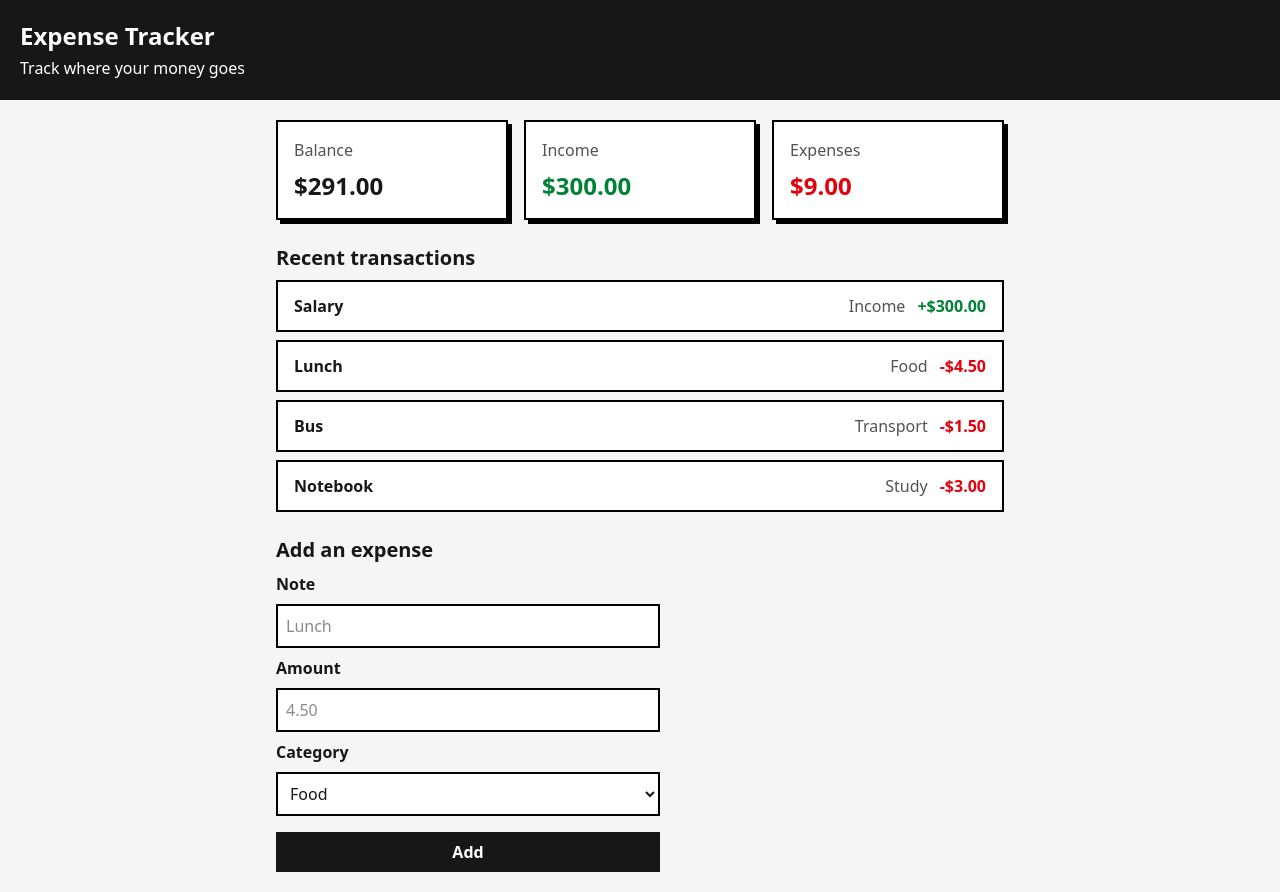
Repository: Keanbunheng/html-basics-Day1_AI
Page: expense-tracker-w2-d4-start/index.html
An editor plug-in stored every save of this project. The page is shown before and after the next save, followed by the edit.
The browser window is 1280 px wide. The pictures show the whole page.

Above is the page before, as saved 2026-11-17 21:06:08.

### expense-tracker-w2-d4-start/index.html
<!doctype html>
<html lang="en">
  <head>
    <meta charset="UTF-8" />
    <meta name="viewport" content="width=device-width, initial-scale=1.0" />
    <title>Expense Tracker</title>
    <script src="https://cdn.jsdelivr.net/npm/@tailwindcss/browser@4.1.18"></script>
  </head>
  <body class="bg-neutral-100 text-neutral-900">
    <header class="bg-neutral-900 p-5 text-white">
      <h1 class="mb-1 text-2xl font-bold">Expense Tracker</h1>
      <p>Track where your money goes</p>
    </header>

    <main class="mx-auto max-w-3xl p-5">
      <section class="mb-6 flex flex-col gap-4 sm:flex-row">
        <div
          class="flex-1 border-2 border-black bg-white p-4 shadow-[4px_4px_0_#000]"
        >
          <p class="mb-2 text-neutral-600">Balance</p>
          <p class="text-2xl font-bold">$291.00</p>
        </div>
        <div
          class="flex-1 border-2 border-black bg-white p-4 shadow-[4px_4px_0_#000]"
        >
          <p class="mb-2 text-neutral-600">Income</p>
          <p class="text-2xl font-bold text-green-700">$300.00</p>
        </div>
        <div
          class="flex-1 border-2 border-black bg-white p-4 shadow-[4px_4px_0_#000]"
        >
          <p class="mb-2 text-neutral-600">Expenses</p>
          <p class="text-2xl font-bold text-red-600">$9.00</p>
        </div>
      </section>

      <section class="mb-6">
        <h2 class="mb-2 text-xl font-bold">Recent transactions</h2>
        <ul id="list-container">
          <li
            class="mb-2 flex flex-col gap-1 border-2 border-black bg-white px-4 py-3 sm:flex-row sm:justify-between sm:gap-3"
          >
            <span class="flex-1 font-semibold">Salary</span>
            <span class="text-neutral-600">Income</span>
            <span class="font-bold text-green-700">+$300.00</span>
          </li>
          <li
            class="mb-2 flex flex-col gap-1 border-2 border-black bg-white px-4 py-3 sm:flex-row sm:justify-between sm:gap-3"
          >
            <span class="flex-1 font-semibold">Lunch</span>
            <span class="text-neutral-600">Food</span>
            <span class="font-bold text-red-600">-$4.50</span>
          </li>
          <li
            class="mb-2 flex flex-col gap-1 border-2 border-black bg-white px-4 py-3 sm:flex-row sm:justify-between sm:gap-3"
          >
            <span class="flex-1 font-semibold">Bus</span>
            <span class="text-neutral-600">Transport</span>
            <span class="font-bold text-red-600">-$1.50</span>
          </li>
          <li
            class="mb-2 flex flex-col gap-1 border-2 border-black bg-white px-4 py-3 sm:flex-row sm:justify-between sm:gap-3"
          >
            <span class="flex-1 font-semibold">Notebook</span>
            <span class="text-neutral-600">Study</span>
            <span class="font-bold text-red-600">-$3.00</span>
          </li>
        </ul>
      </section>

      <section>
        <h2 class="mb-2 text-xl font-bold">Add an expense</h2>
        <form class="flex max-w-sm flex-col gap-2" id="input">
          <label for="note" class="font-semibold">Note</label>
          <input
            id="note"
            type="text"
            placeholder="Lunch"
            class="border-2 border-black bg-white p-2"
          />

          <label for="amount" class="font-semibold">Amount</label>
          <input
            id="amount"
            type="number"
            step="0.01"
            placeholder="4.50"
            class="border-2 border-black bg-white p-2"
          />

          <label for="category" class="font-semibold">Category</label>
          <select id="category" class="border-2 border-black bg-white p-2">
            <option>Food</option>
            <option>Transport</option>
            <option>Study</option>
            <option>Other</option>
          </select>

          <button
            type="submit"
            class="mt-2 bg-neutral-900 p-2 font-semibold text-white"
            id="Button"
          >
            Add
          </button>
        </form>
      </section>
    </main>
    <script src="app.js"></script>
  </body>
</html>

### expense-tracker-w2-d4-start/app.js
const transactions = [
  {
    id: 1,
    note: 'Salary',
    category: 'Income',
    type: 'income',
    amountCents: 30000,
  },
  { id: 2, note: 'Lunch', category: 'Food', type: 'expense', amountCents: 450 },
  {
    id: 3,
    note: 'Bus',
    category: 'Transport',
    type: 'expense',
    amountCents: 150,
  },
  {
    id: 4,
    note: 'Notebook',
    category: 'Study',
    type: 'expense',
    amountCents: 300,
  },
];

function formatMoney(cents) {
  const sign = cents < 0 ? '-' : '';
  return sign + '$' + (Math.abs(cents) / 100).toFixed(2);
}

function totalCents(list) {
  return list.reduce((sum, tx) => sum + tx.amountCents, 0);
}

function filterByCategory(list, category) {
  return list.filter((tx) => tx.category === category);
}

function filterByType(list, type) {
  return list.filter((tx) => tx.type === type);
}

function summarize(list) {
  const incomeCents = totalCents(filterByType(list, 'income'));
  const expensesCents = totalCents(filterByType(list, 'expense'));
  return {
    incomeCents: incomeCents,
    expensesCents: expensesCents,
    balanceCents: incomeCents - expensesCents,
  };
}

function addTransaction(list, tx) {
  return [...list, tx];
}

// Practice 2 — the AI's totalExpenses, reviewed and fixed:
// whole cents, no off-by-one loop, no duplicated work.
function totalExpenses(list) {
  return totalCents(filterByType(list, 'expense'));
}

const notes = transactions.map((tx) => tx.note);

console.log(formatMoney(transactions[1].amountCents));

// ----- Checks -----
function check(name, actual, expected) {
  const ok = actual === expected;
  console.log(
    ok ? '✓' : '✗',
    name,
    ok ? '' : `(expected ${expected}, got ${actual})`,
  );
}

check('format 450', formatMoney(450), '$4.50');
check('total of all', totalCents(transactions), 30900);
check('Food count', filterByCategory(transactions, 'Food').length, 1);
check('expense count', filterByType(transactions, 'expense').length, 3);
check('balance', summarize(transactions).balanceCents, 29100);
check(
  'new length',
  addTransaction(transactions, {
    id: 5,
    note: 'Coffee',
    category: 'Food',
    type: 'expense',
    amountCents: 250,
  }).length,
  5,
);
check('notes', notes.join(','), 'Salary,Lunch,Bus,Notebook');
check('total expenses', totalExpenses(transactions), 900);

// Edge cases
check('total of empty list', totalCents([]), 0);
check('total expenses of empty list', totalExpenses([]), 0);
check('original list not changed', transactions.length, 4); // after addTransaction

const lists = document.querySelector('#list-container');
lists.html = transactions
  .map(
    (ele) => `
  <li class="mb-2 flex flex-col gap-1 border-2 border-black bg-white px-4 py-3 sm:flex-row sm:justify-between sm:gap-3">
    <span class="flex-1 font-semibold">${ele.note}</span>
    <span class="text-neutral-600">${ele.category}</span>
    <span class="font-bold text-red-600">${ele.amountCents}</span>
  </li>
`,
  )
  .join('');

console.log(lists);

After the next save:
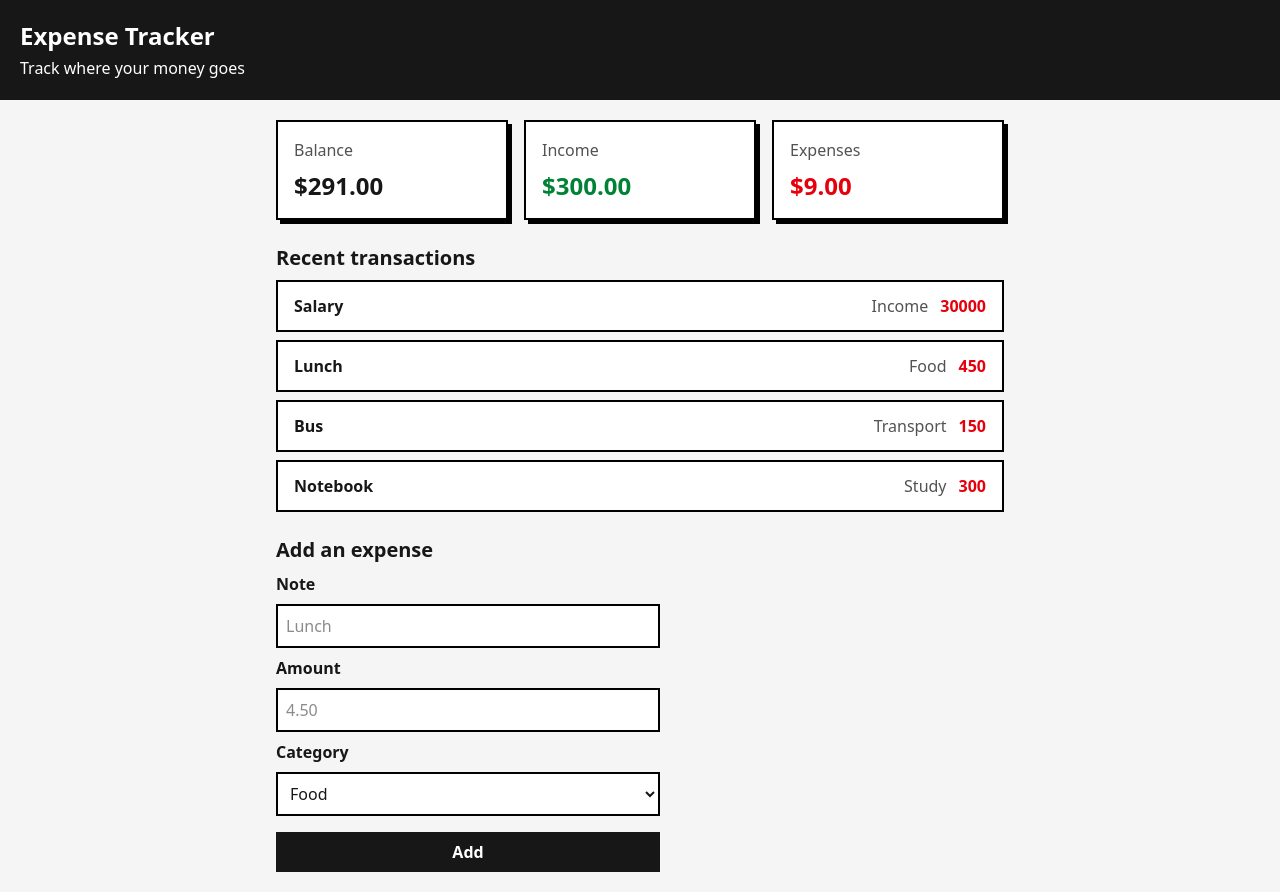
Saved 10 s later.
--- a/expense-tracker-w2-d4-start/app.js
+++ b/expense-tracker-w2-d4-start/app.js
@@ -99,7 +99,7 @@ check('total expenses of empty list', totalExpenses([]), 0);
 check('original list not changed', transactions.length, 4); // after addTransaction
 
 const lists = document.querySelector('#list-container');
-lists.html = transactions
+lists.innerHTML = transactions
   .map(
     (ele) => `
   <li class="mb-2 flex flex-col gap-1 border-2 border-black bg-white px-4 py-3 sm:flex-row sm:justify-between sm:gap-3">

After the 5 saves that followed:
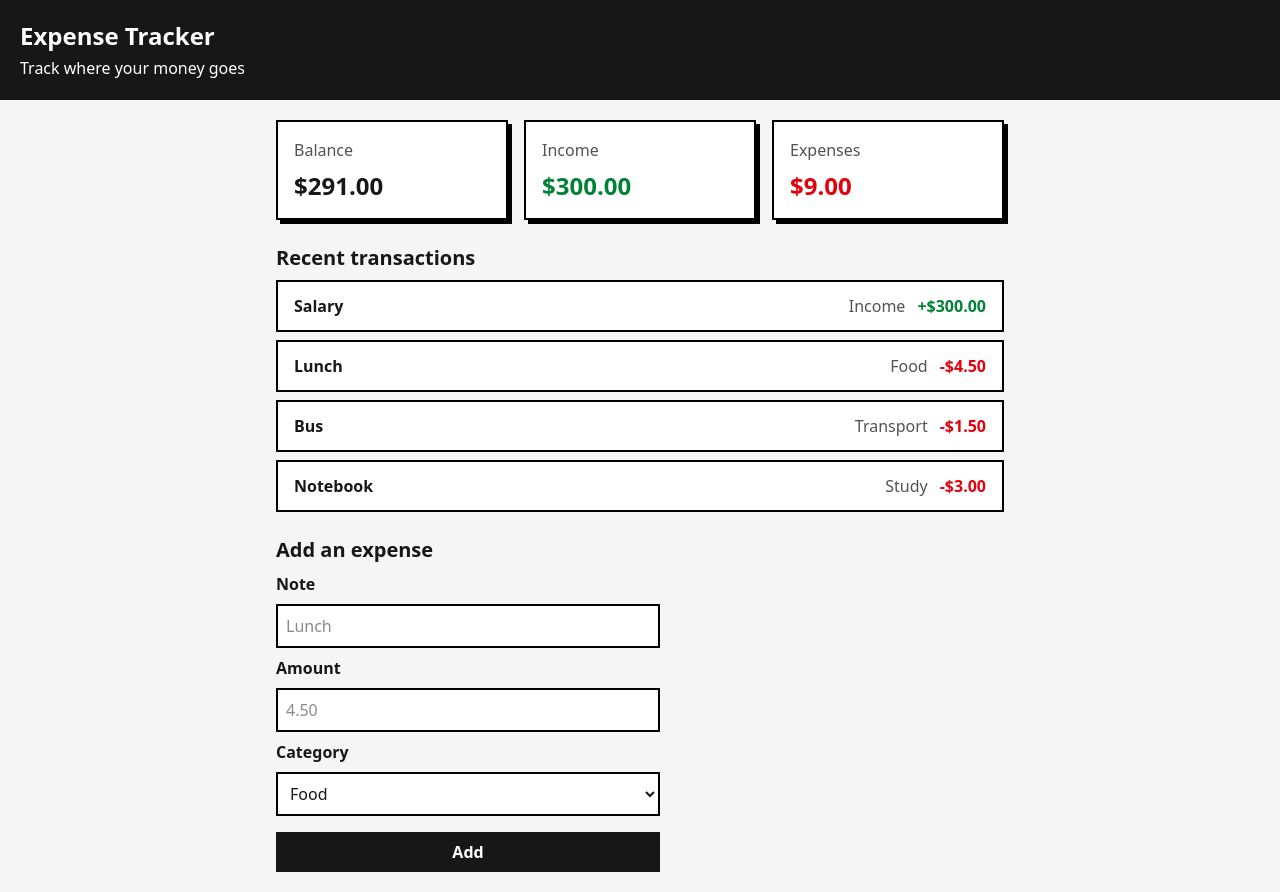
Console error: SyntaxError: Unexpected token ')'
The 5 saves are shown as one change because 1 left the picture as it was and some came seconds apart.
The last was saved 79 s later.
--- a/expense-tracker-w2-d4-start/app.js
+++ b/expense-tracker-w2-d4-start/app.js
@@ -100,15 +100,16 @@ check('original list not changed', transactions.length, 4); // after addTransact
 
 const lists = document.querySelector('#list-container');
 lists.innerHTML = transactions
-  .map(
-    (ele) => `
+  .map((ele) => {
+    if()
+    return `
   <li class="mb-2 flex flex-col gap-1 border-2 border-black bg-white px-4 py-3 sm:flex-row sm:justify-between sm:gap-3">
     <span class="flex-1 font-semibold">${ele.note}</span>
     <span class="text-neutral-600">${ele.category}</span>
     <span class="font-bold text-red-600">${ele.amountCents}</span>
   </li>
-`,
-  )
+`;
+  })
   .join('');
 
 console.log(lists);
